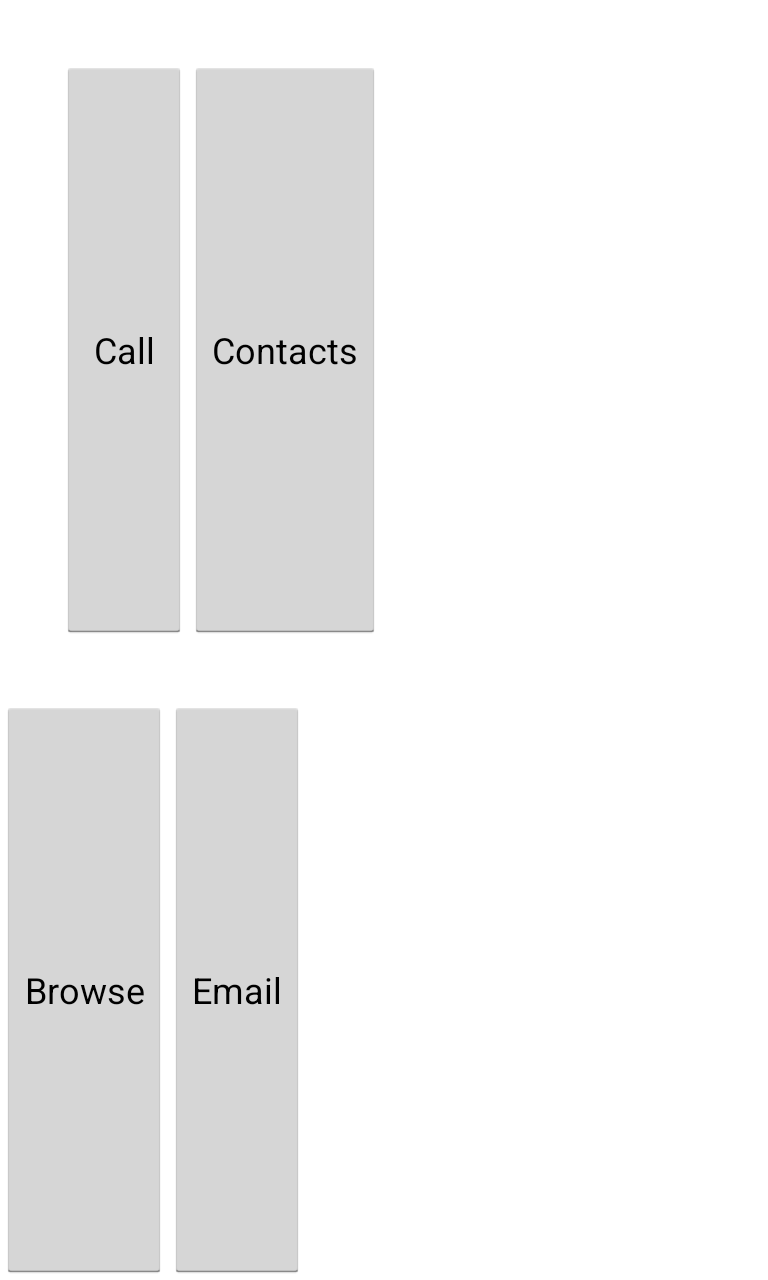
Repository: AnithaGorli/Android
Layout: ImplicitIntentApplication/res/layout/implicitintent.xml
These files come from the project's save history. The layout is drawn as it stood at one moment and after the next save; the edit follows.
It is drawn on a 768 x 1280 px phone screen (xhdpi) without system bars, with theme AppTheme; the app's code is not run.

Above is the layout before, as saved 2014-09-10 10:09:31.

### ImplicitIntentApplication/res/layout/implicitintent.xml
<?xml version="1.0" encoding="utf-8"?>
<LinearLayout xmlns:android="http://schemas.android.com/apk/res/android"
    android:layout_width="match_parent"
    android:layout_height="match_parent"
    android:orientation="vertical"
    android:weightSum="2">


    <LinearLayout
        android:id="@+id/l1"
         android:layout_width="match_parent"
    android:layout_height="wrap_content"
    android:orientation="horizontal"
    android:layout_weight="1"
    android:layout_margin="30dp"
     >
    <Button
         android:id="@+id/call_btn"
          android:layout_width="wrap_content"
        android:layout_height="match_parent"
        android:text="@string/call"/>



    <Button
         android:id="@+id/contacts_btn"
          android:layout_width="wrap_content"
        android:layout_height="match_parent"
        android:text="@string/contacts"/>


     </LinearLayout>


    <LinearLayout
        android:id="@+id/l2"
         android:layout_width="match_parent"
    android:layout_height="wrap_content"
    android:orientation="horizontal"
    android:layout_weight="1" >

    <Button
         android:id="@+id/browse_btn"
         android:layout_width="wrap_content"
        android:layout_height="match_parent"
        android:text="@string/browse"/>
    <Button
         android:id="@+id/email_btn"
         android:layout_width="wrap_content"
        android:layout_height="match_parent"
        android:text="@string/email"/>

    </LinearLayout>
</LinearLayout>

### ImplicitIntentApplication/res/values/strings.xml
<resources>

    <string name="app_name">ImplicitIntentApplication</string>
     <string name="call">Call</string>
       <string name="email">Email</string>
    <string name="contacts">Contacts</string>
    <string name="browse">Browse</string>
<string name="choose">there is no contacts</string>
</resources>

Loaded but not shown: ImplicitIntentApplication/res/values/styles.xml (common file); ImplicitIntentApplication/res/values-v11/styles.xml (common file); ImplicitIntentApplication/res/values-v14/styles.xml (common file)

After the next save:
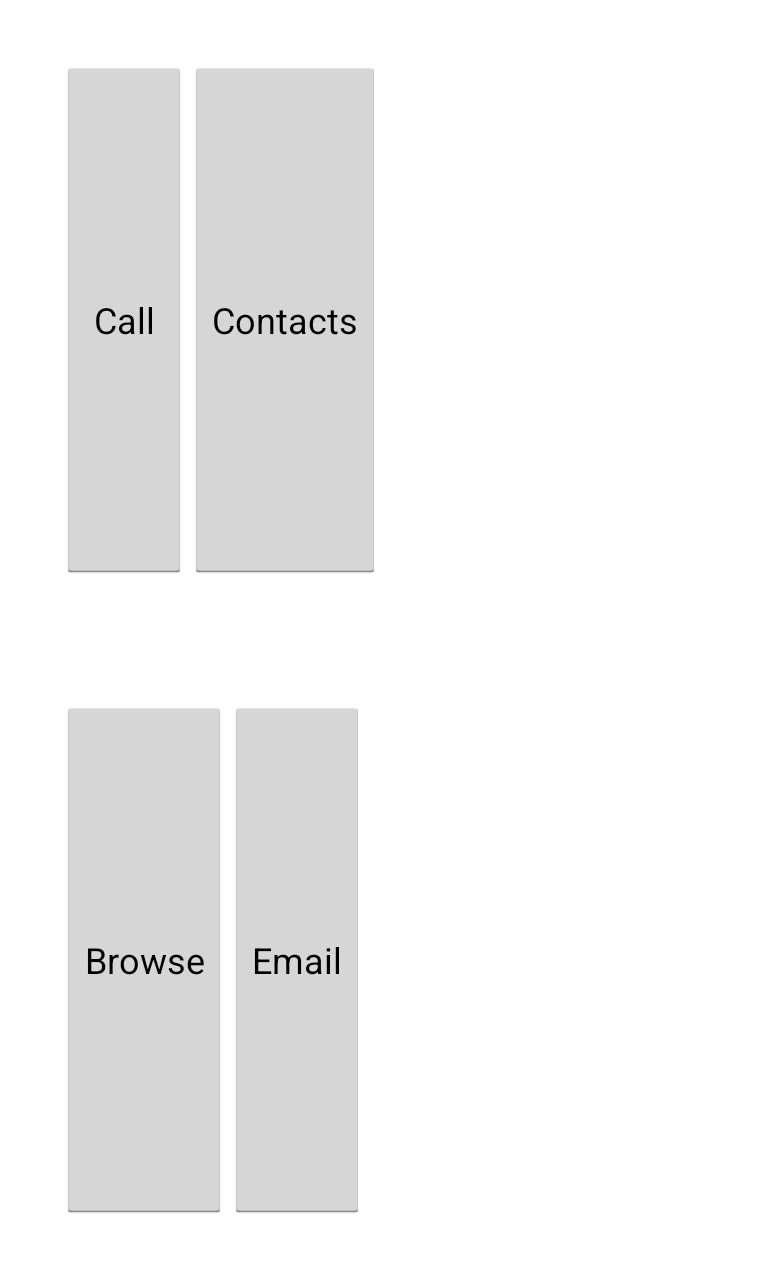
Saved 16 s later.
--- a/ImplicitIntentApplication/res/layout/implicitintent.xml
+++ b/ImplicitIntentApplication/res/layout/implicitintent.xml
@@ -37,7 +37,8 @@
          android:layout_width="match_parent"
     android:layout_height="wrap_content"
     android:orientation="horizontal"
-    android:layout_weight="1" >
+    android:layout_weight="1"
+    android:layout_margin="30dp" >
 
     <Button
          android:id="@+id/browse_btn"
